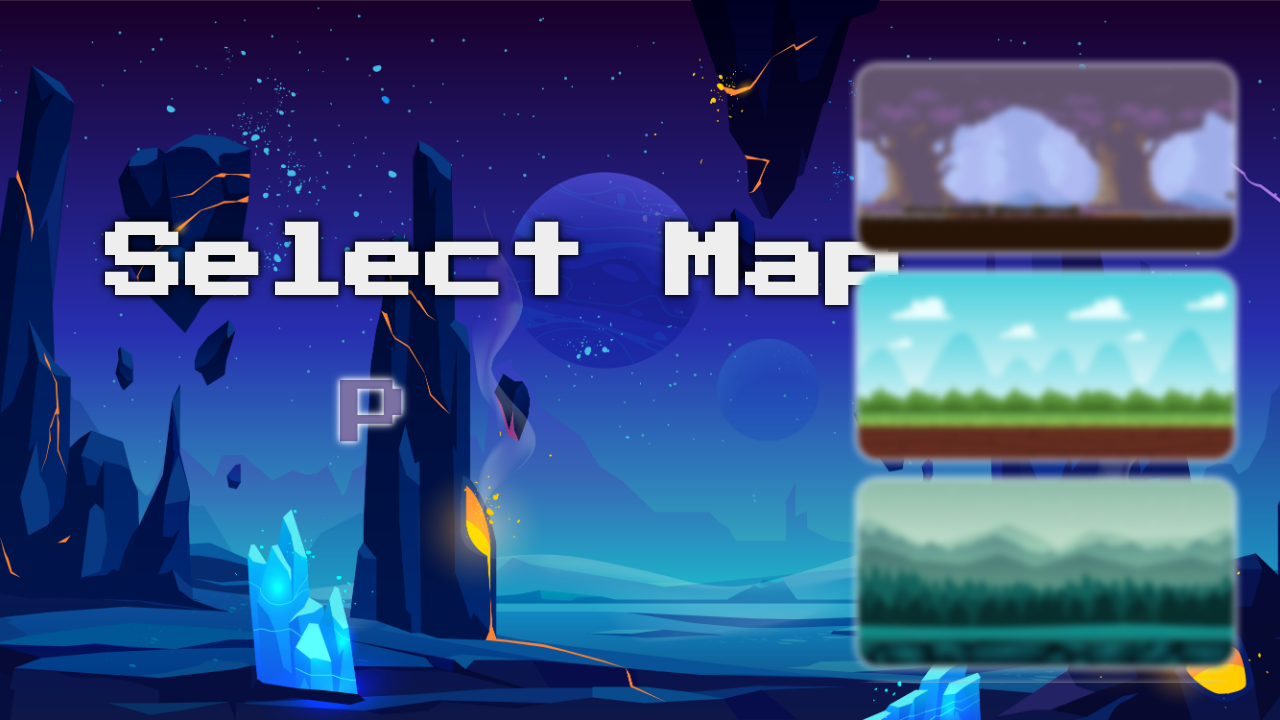
Repository: Gaurav31052/Fighting-game
Page: home.html
An editor plug-in stored every save of this project. The page is shown before and after the next save, followed by the edit.
The browser window is 1280 px wide. The pictures show the whole page.
An inner scrolling area shows only its first screen.

Above is the page before, as saved 2024-06-06 23:46:12.

After the next save:
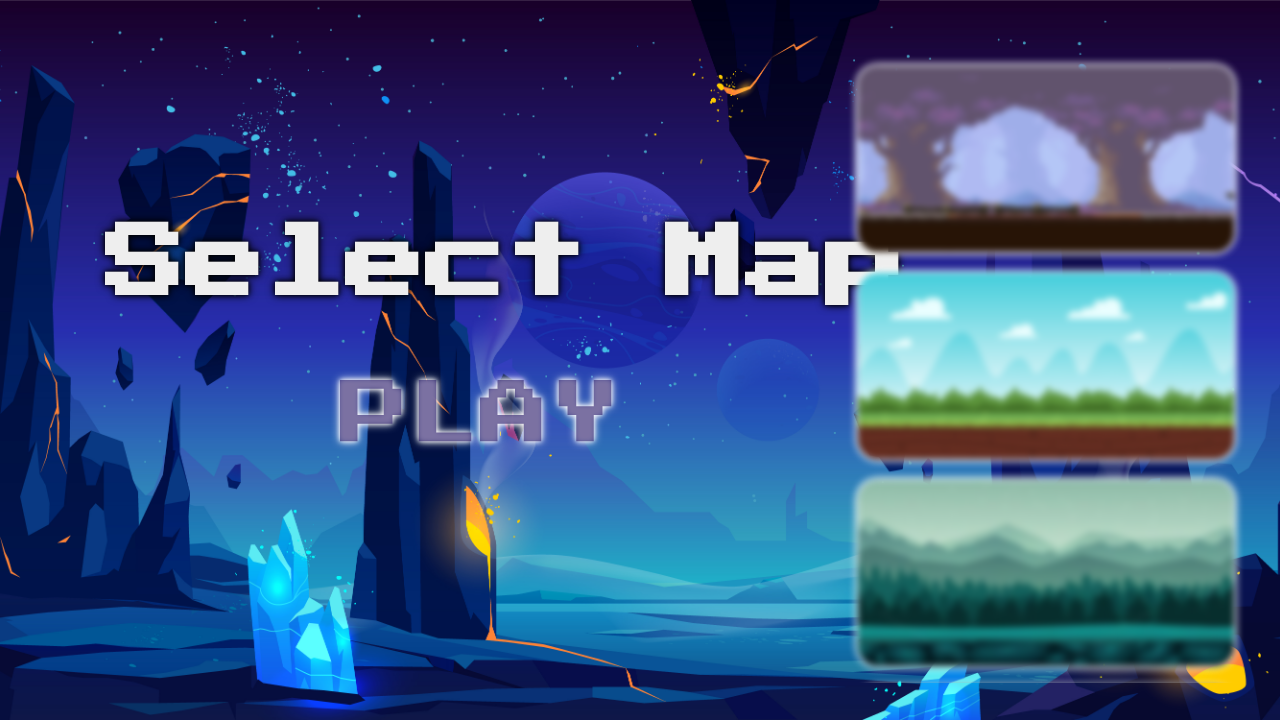
Saved 4 s later.
--- a/home.html
+++ b/home.html
@@ -24,7 +24,7 @@
 
                 <img id="mainbox" src="img/home.jpg" alt="">
 
-                <button id="btn"><a href='game.html'>P</a></button>
+                <button id="btn"><a href='game.html'>PLAY</a></button>
             </div>
 
         </div>
